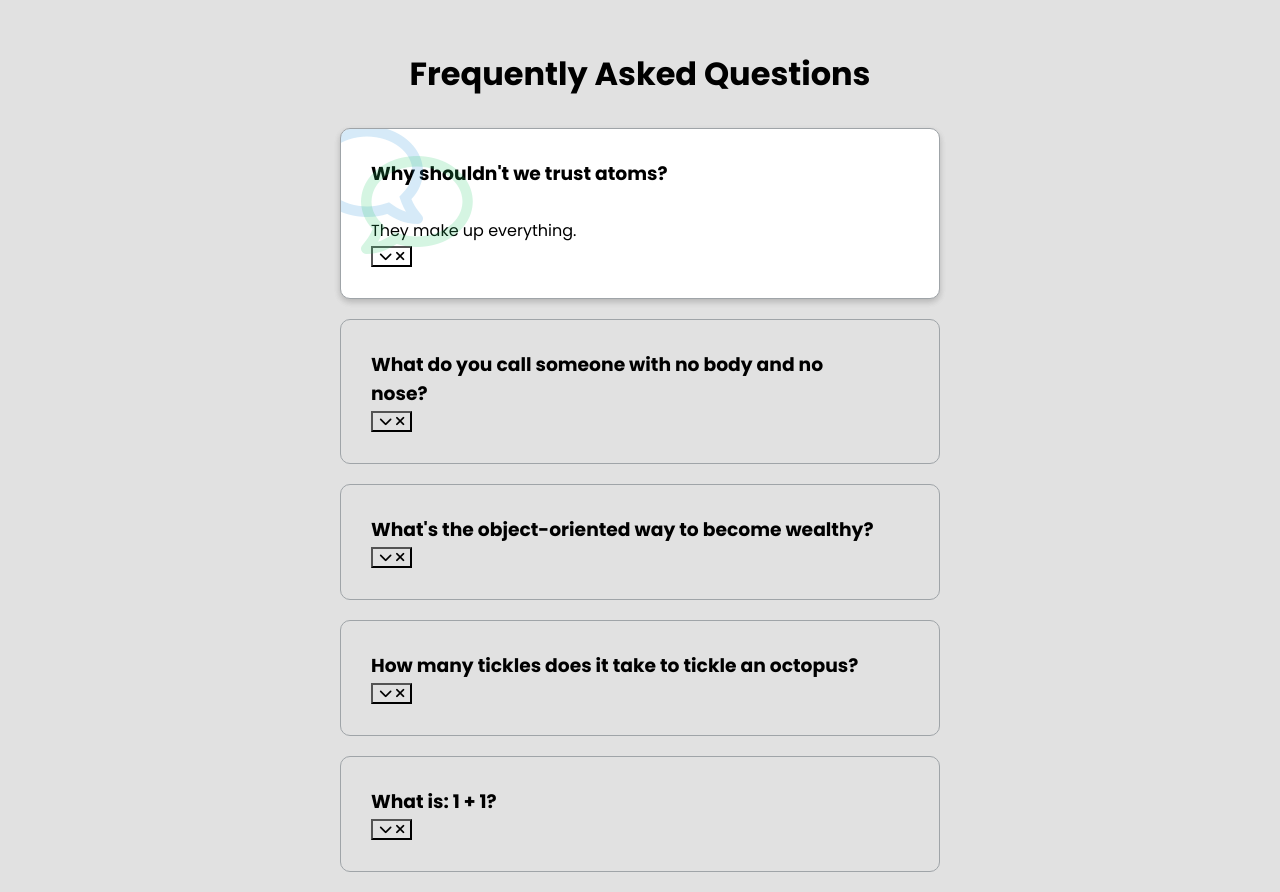
Repository: huynhvanngoan/50projectsin50days
Page: Day12/index.html
An editor plug-in stored every save of this project. The page is shown before and after a run of saves, followed by the edit.
The browser window is 1280 px wide. The pictures show the whole page.

Above is the page before, as saved 2022-11-14 23:18:35.

### Day12/index.html
<!DOCTYPE html>
<html lang="en">
<head>
    <meta charset="UTF-8">
    <meta http-equiv="X-UA-Compatible" content="IE=edge">
    <meta name="viewport" content="width=device-width, initial-scale=1.0">
    <title>Day 12 - FAQ Collapse</title>
    <link rel="stylesheet" href="https://cdnjs.cloudflare.com/ajax/libs/font-awesome/6.2.0/css/all.min.css"
        integrity="sha512-xh6O/CkQoPOWDdYTDqeRdPCVd1SpvCA9XXcUnZS2FmJNp1coAFzvtCN9BmamE+4aHK8yyUHUSCcJHgXloTyT2A=="
        crossorigin="anonymous" referrerpolicy="no-referrer" />
    <link rel="stylesheet" href="style.css">
</head>
<body>
    <h1>Frequently Asked Questions</h1>
    <div class="faq-container">
        <div class="faq active">
            <h3 class="faq-title">
                Why shouldn't we trust atoms?
            </h3>
            <p class="faq-text">
                They make up everything.
            </p>
            <button class = "faq-toggle">
                <i class="fas fa-chevron-down"></i>
                <i class="fas fa-times"></i>
            </button>
        </div>
        <div class="faq ">
            <h3 class="faq-title">
                What do you call someone with no body and no nose?
            </h3>
            <p class="faq-text">
                Nobody knows.
            </p>
            <button class = "faq-toggle">
                <i class="fas fa-chevron-down"></i>
                <i class="fas fa-times"></i>
            </button>
        </div>
        <div class="faq ">
            <h3 class="faq-title">
                What's the object-oriented way to become wealthy?
            </h3>
            <p class="faq-text">
                Inheritance.
            </p>
            <button class = "faq-toggle">
                <i class="fas fa-chevron-down"></i>
                <i class="fas fa-times"></i>
            </button>
        </div>
        <div class="faq ">
            <h3 class="faq-title">
                How many tickles does it take to tickle an octopus?
            </h3>
            <p class="faq-text">
                Ten-tickles!
            </p>
            <button class = "faq-toggle">
                <i class="fas fa-chevron-down"></i>
                <i class="fas fa-times"></i>
            </button>
        </div>
        <div class="faq ">
            <h3 class="faq-title">
                What is: 1 + 1?
            </h3>
            <p class="faq-text">
                Depends on who are you asking.
            </p>
            <button class = "faq-toggle">
                <i class="fas fa-chevron-down"></i>
                <i class="fas fa-times"></i>
            </button>
        </div>
    </div>
    <script src="script.js"></script>
</body>
</html>

### Day12/style.css
@import url('https://fonts.googleapis.com/css2?family=Poppins:wght@300;400;500;600;700&display=swap');
* {
    box-sizing: border-box;
}

body {
    font-family: 'Poppins', sans-serif;
    background-color: #e1e1e1;
}

h1{
    margin: 50px 0 30px;
    text-align: center;
}
.faq-container {
    max-width: 600px;
    margin: 0 auto;
}
.faq {
    background-color: transparent;
    border: 1px solid #9fa4a8;
    border-radius: 10px;
    margin: 20px 0;
    padding: 30px;
    position: relative;
    overflow: hidden;
    transition: 0.3s ease;
}
.faq.active {
    background-color: #fff;
    box-shadow: 0 3px 6px rgba(0, 0, 0, 0.1), 0 3px 6px rgba(0, 0, 0, 0.1);
}

.faq.active::before,
.faq.active::after {
    content: '\f075';
    font-family: 'Font Awesome 6 Free';
    color: #2ecc71;
    font-size: 7rem;
    position: absolute;
    opacity: 0.2;
    top: 20px;
    left: 20px;
    z-index: 0;
}
.faq.active::before{
    color: #3498db;
    top: -10px;
    left: -30px;
    transform: rotateY(180deg);
}
.faq-title {
    margin: 0 35px 0 0;
}
.faq-text {
    display: none;
    margin: 30px 0 0;
}
.faq.active .faq-text{
    display: block;
}
.faq-toggle {
    background-color: transparent;
    b
}

Loaded but not shown: Day12/script.js (no copy from this time; the picture is the same without it)

After the next 7 saves:
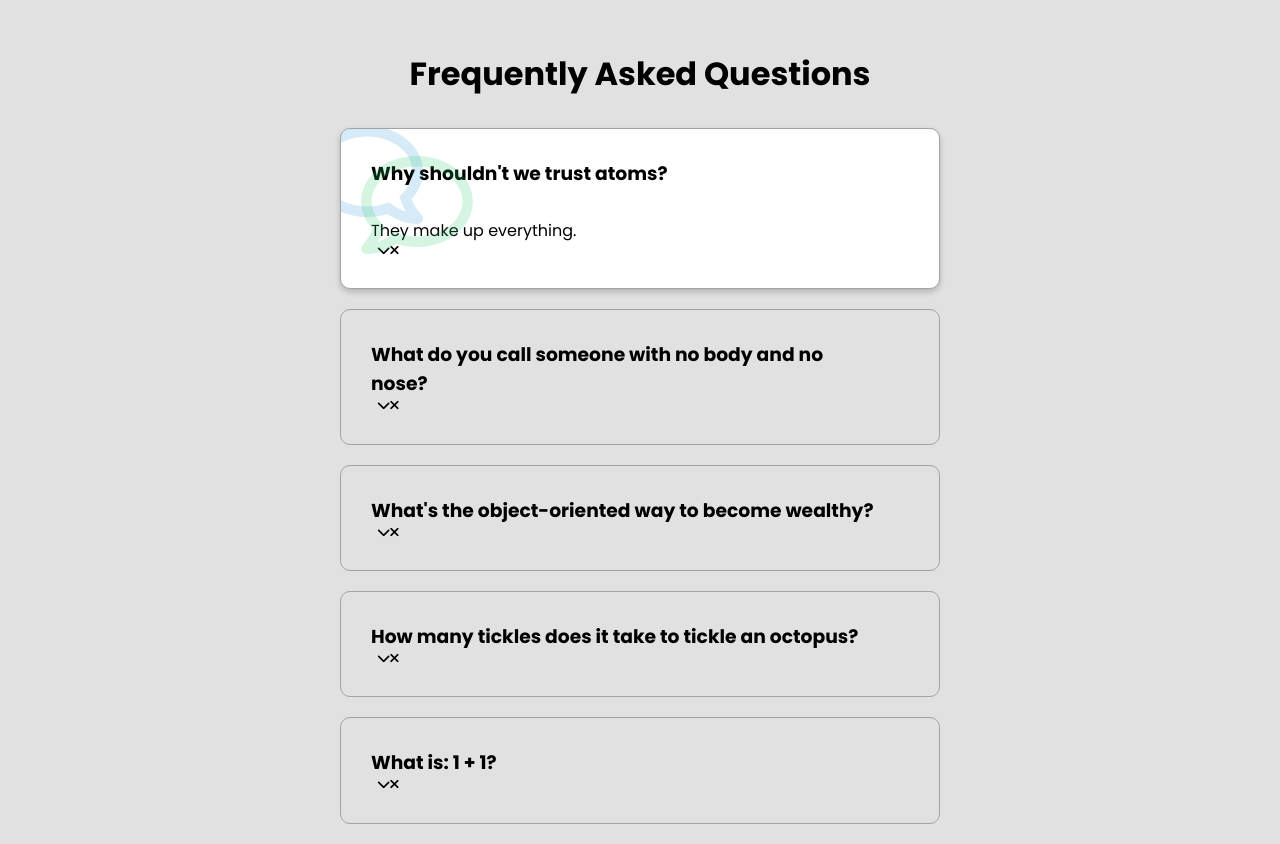
The 7 saves are shown as one change because they came seconds apart.
The last was saved 16 s later.
--- a/Day12/style.css
+++ b/Day12/style.css
@@ -61,5 +61,7 @@ h1{
 }
 .faq-toggle {
     background-color: transparent;
-    b
+    border: 0;
+    cursor: pointer;
+    display: flex;
 }
